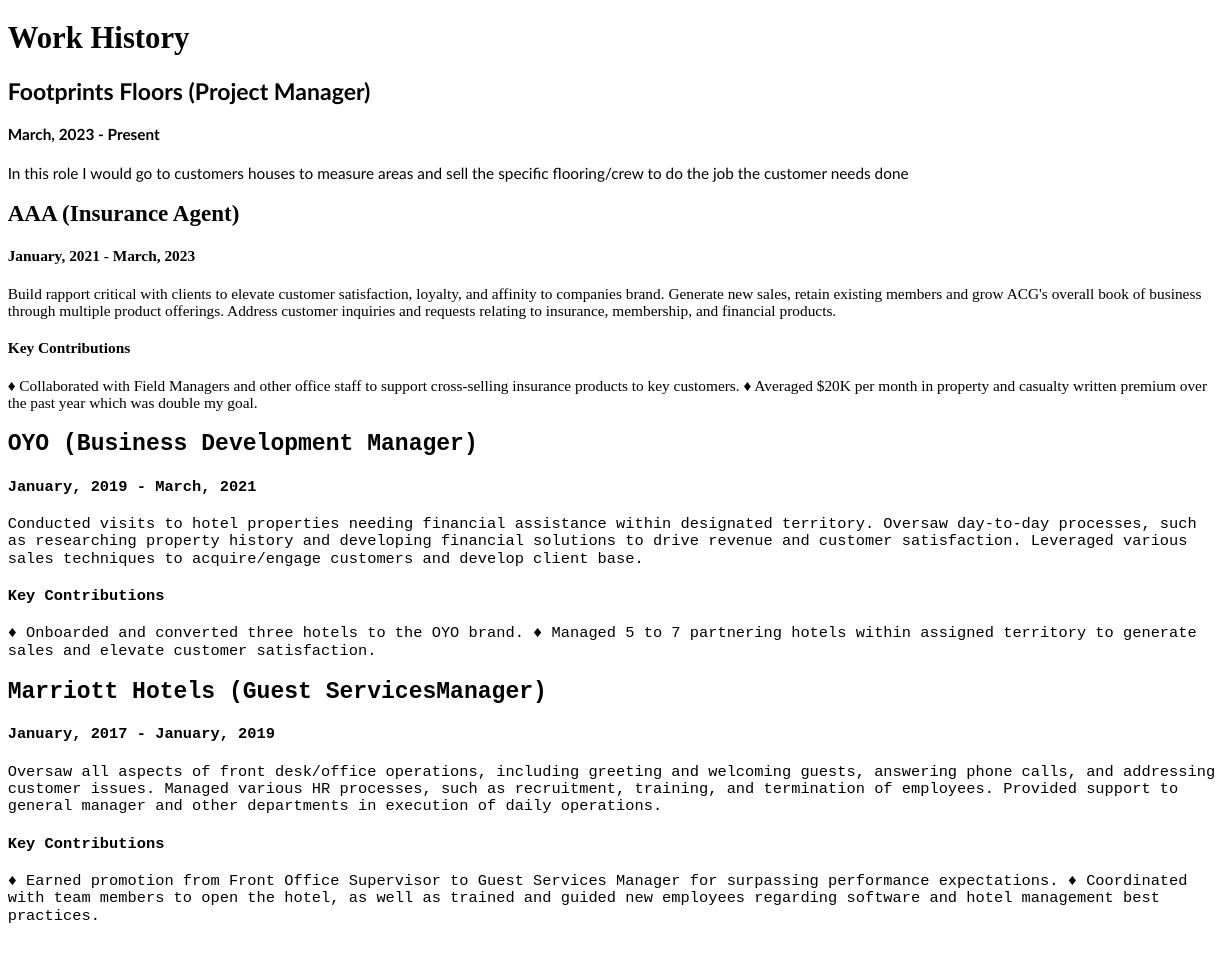
Repository: TEazy2433/LAB-HTML-Resume
Page: index.html
An editor plug-in stored every save of this project. The page is shown before and after the next save, followed by the edit.
The browser window is 1280 px wide. The pictures show the whole page, at 96% of full size.

Above is the page before, as saved 2023-10-11 20:10:15.

After the next save:
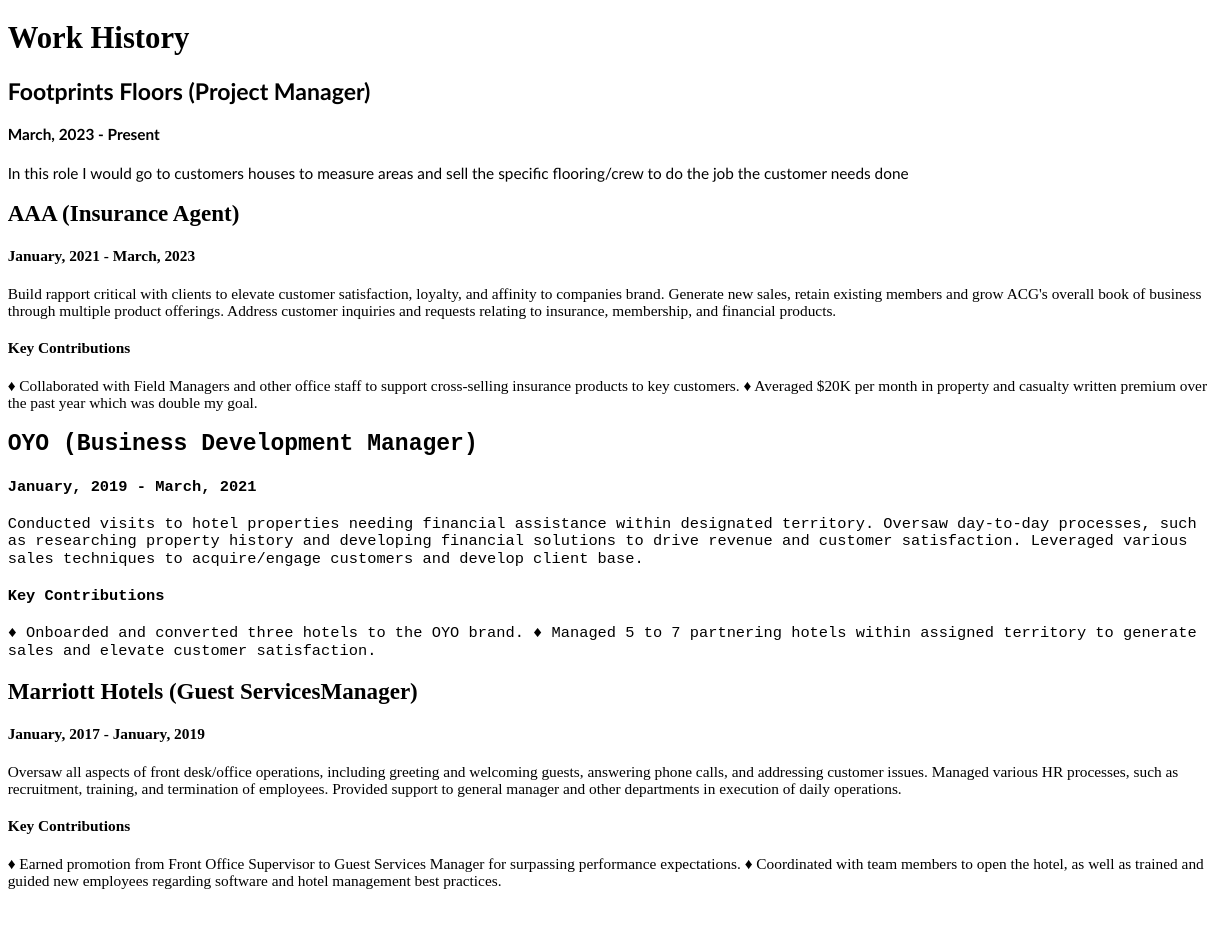
Saved 20 s later.
--- a/index.html
+++ b/index.html
@@ -48,7 +48,7 @@
         </section>
       </article>
 
-      <article id="articleThree">
+      <article id="articleFour">
         <h2>Marriott Hotels (Guest ServicesManager)</h2>
         <h4>January, 2017 - January, 2019</h4>
         <section>
